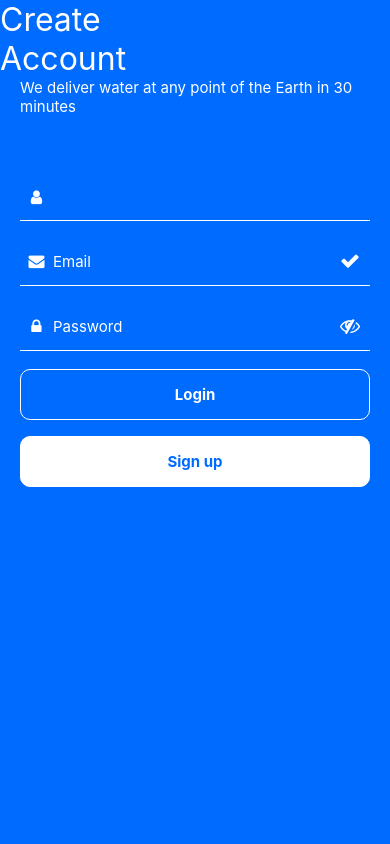
Repository: mtuguldr/myproject
Screen: /
The author's editor kept a copy of each file at every save. The screen is drawn from the files as they stood at one save, then again after the next save.
The app was drawn by React Native's web renderer in a window 390 px wide. The project was rebuilt for these pictures with package versions that can differ from the ones it lists, and the page was loaded fresh each time. Also part of the build but not shown: app/components/Logo.js, app/Screens/HomeScreen.js, app/Screens/StartScreen.js.

Above is the screen before, as saved 2021-10-20 16:10:37.

### App.js
import React from 'react'
import HomeScreen from './app/Screens/HomeScreen'
import RegisterScreen from './app/Screens/RegisterScreen'
import StartScreen from './app/Screens/StartScreen'

function App(props) {
	return <RegisterScreen />
}

export default App

### app/Screens/RegisterScreen.js
import React, { useState } from 'react'
import { StyleSheet, Text, View } from 'react-native'
import FontAwesome from 'react-native-vector-icons/FontAwesome'

import Background from '../components/Background'
import Button from '../components/Button'
import AppTextInput from '../components/TextInput'
import { ft, hp, wp } from '../config/const'

const MARGIN_HORIZONTAL = wp('5%')
const MARGIN_VERTICAL_TALL = hp('6%')
const MARGIN_VERTICAL_SHORT = hp('3%')

function RegisterScreen() {
	FontAwesome.loadFont()
	const [passwordVisible, setPasswordVisible] = useState(true)

	return (
		<Background>
			<Text style={styles.title}>Create{'\n'}Account</Text>
			<View style={styles.container}>
				<Text style={styles.description}>
					We deliver water at any point of the Earth in 30
					minutes
				</Text>
				<AppTextInput icon='user' color='white' />
				<AppTextInput
					icon='envelope'
					placeholder='Email'
					color='white'
					extraIcon={
						<FontAwesome
							name='check'
							color='white'
							size={20}
						/>
					}
				/>
				<AppTextInput
					icon='lock'
					placeholder='Password'
					color='white'
					extraIcon={
						<FontAwesome
							name={
								passwordVisible
									? 'eye-slash'
									: 'eye'
							}
							color='white'
							size={20}
							onPress={() => {
								setPasswordVisible(
									!passwordVisible
								)
							}}
						/>
					}
					secureTextEntry={!passwordVisible}
				/>
				<Button
					title='Login'
					onPress={() => {
						console.log()
					}}
				/>
				<Button
					title='Sign up'
					color='white'
					filled
					onPress={() => {}}
				/>
			</View>
		</Background>
	)
}

const styles = StyleSheet.create({
	description: {
		color: 'white',
		fontSize: ft(14),
		marginBottom: MARGIN_VERTICAL_TALL,
	},
	container: {
		justifyContent: 'center',
		marginHorizontal: MARGIN_HORIZONTAL,
	},
	logo: {
		position: 'absolute',
		top: hp('3%'),
		left: MARGIN_HORIZONTAL,
	},
	title: {
		color: 'white',
		fontSize: ft(28),
	},
})

export default RegisterScreen

### app/components/Background.js
import React, { Children } from 'react'
import { View, StyleSheet } from 'react-native'
import colors from '../config/colors'

function Background({ children, style }) {
	return <View style={[styles.container, style]}>{children}</View>
}

const styles = StyleSheet.create({
	container: {
		flex: 1,
		backgroundColor: colors.primary,
	},
})

export default Background

### app/components/Button.js
import React from 'react'
import { View, StyleSheet, TouchableOpacity, Text } from 'react-native'

import colors from '../config/colors'
import { ft, hp } from '../config/const'

function Button({ title, onPress, color = colors.white, filled = false }) {
	return (
		<TouchableOpacity
			style={[
				styles.container,
				filled
					? {
							backgroundColor: color,
							borderColor: color,
					  }
					: {
							backgroundColor: 'transparent',
							borderColor: color,
					  },
			]}
			onPress={onPress}
		>
			<Text
				style={[
					styles.text,
					filled
						? {
								color: colors.primary,
						  }
						: {
								color: color,
						  },
				]}
			>
				{title}
			</Text>
		</TouchableOpacity>
	)
}

const styles = StyleSheet.create({
	container: {
		width: '100%',
		borderRadius: 10,
		padding: 15,
		borderWidth: 1,
		marginVertical: hp('1%'),
	},
	text: {
		fontWeight: 'bold',
		fontSize: ft(14),
		alignSelf: 'center',
	},
})

export default Button

### app/config/const.js
import { Dimensions, Platform, PixelRatio } from 'react-native'

const { width: SCREEN_WIDTH, height: SCREEN_HEIGHT } = Dimensions.get('window')

// based on iphone 5s's scale
const scale = SCREEN_WIDTH / 320

export function ft(size) {
    const newSize = size * scale
    if (Platform.OS === 'ios') {
        return Math.round(PixelRatio.roundToNearestPixel(newSize))
    } else {
        return Math.round(PixelRatio.roundToNearestPixel(newSize)) - 2
    }
}

export {
    widthPercentageToDP as wp,
    heightPercentageToDP as hp,
} from 'react-native-responsive-screen'

### app/components/TextInput.js
import React from 'react'
import { View, StyleSheet, TextInput } from 'react-native'
import FontAwesome from 'react-native-vector-icons/FontAwesome'

import colors from '../config/colors'
import { ft, wp } from '../config/const'

function AppTextInput({
	icon,
	color = colors.light,
	extraIcon,
	...otherProps
}) {
	return (
		<View style={[styles.container, { borderBottomColor: color }]}>
			{icon ? (
				<View style={{ width: wp('6%') }}>
					<FontAwesome
						style={styles.icon}
						name={icon}
						size={wp('4%')}
						color={color}
					/>
				</View>
			) : null}
			<TextInput
				style={[styles.text, { color: color }]}
				placeholderTextColor={color}
				{...otherProps}
			/>
			{extraIcon}
		</View>
	)
}

const styles = StyleSheet.create({
	container: {
		alignItems: 'center',
		borderBottomWidth: 1,
		flexDirection: 'row',
		marginVertical: 10,
		padding: 10,
		paddingBottom: 14,
	},
	icon: {
		alignSelf: 'center',
		marginRight: 10,
	},
	text: {
		fontSize: ft(14),
		width: '100%',
	},
})

export default AppTextInput

### app/config/colors.js
export default {
	black: '#000',
	danger: '#ff5252',
	dark: '#0c0c0c',
	light: '#979797',
	medium: '#6e6969',
	primary: '#006bff',
	secondary: '#1768d3',
	white: '#fff',
}

After the next save:
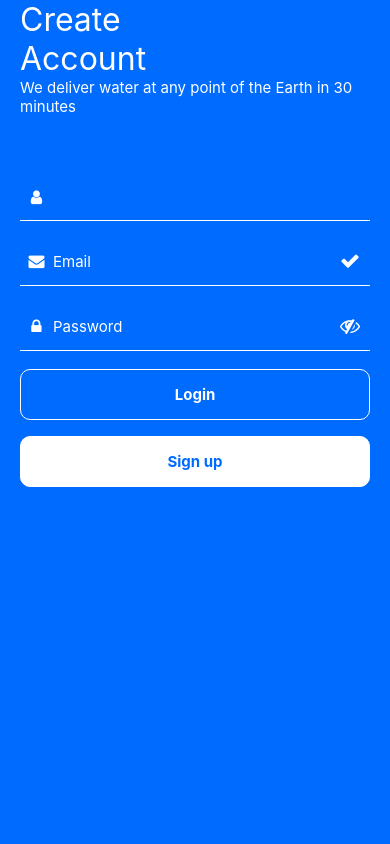
Saved 17 s later.
--- a/app/Screens/RegisterScreen.js
+++ b/app/Screens/RegisterScreen.js
@@ -93,6 +93,7 @@ const styles = StyleSheet.create({
 	title: {
 		color: 'white',
 		fontSize: ft(28),
+		marginHorizontal: MARGIN_HORIZONTAL,
 	},
 })
 
